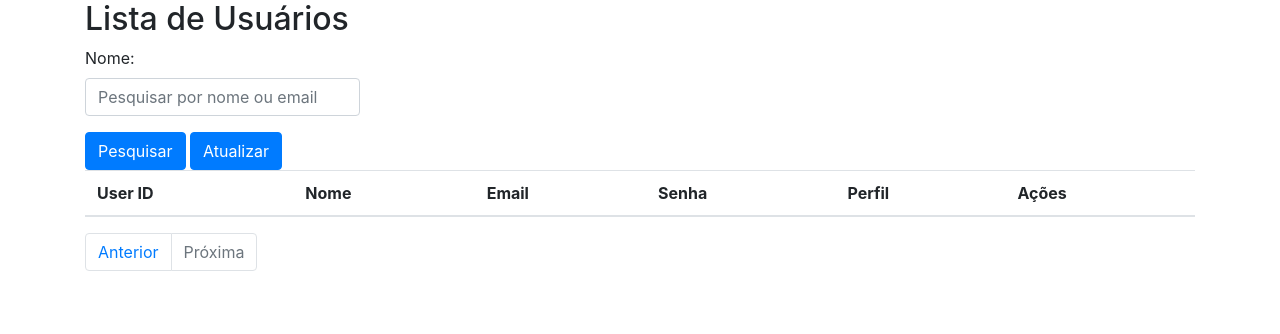
Repository: AndersonSchinemann/ProjetoSaas
Page: TopData/src/main/resources/static/views/listagem.html
The author's editor kept a copy of each file at every save. The page is drawn from the files as they stood at one save, then again after the next save.
The browser window is 1280 px wide. The pictures show the whole page.
The page's requests for data from a server got no answer.

Above is the page before, as saved 2023-11-15 22:37:54.

### TopData/src/main/resources/static/views/listagem.html
<!-- Adicione Bootstrap CSS e AngularJS -->
<!--<link rel="stylesheet" href="https://maxcdn.bootstrapcdn.com/bootstrap/3.3.7/css/bootstrap.min.css">-->

<!-- Adicione ng-bootstrap CSS e JavaScript -->
<link rel="stylesheet" href="https://maxcdn.bootstrapcdn.com/bootstrap/4.5.2/css/bootstrap.min.css">
<script src="https://ajax.googleapis.com/ajax/libs/angularjs/1.8.2/angular.min.js"></script>
<script src="https://code.jquery.com/jquery-3.6.0.min.js"></script>
<!--<script src="https://cdnjs.cloudflare.com/ajax/libs/angular-ui-bootstrap/3.0.6/ui-bootstrap-tpls.min.js"></script>-->
<style>
  /* Adicione um estilo personalizado para ajustar a largura dos inputs */
  .custom-width-input {
    width: 50%; /* Largura desejada */
     /* Para centralizar horizontalmente */
  }
</style>
<!-- Seus scripts Angular -->
<script src="js/controllerFiltro.js"></script>

<div class="container text-left" ng-app="ListarApp" ng-controller="UsuarioController">

  <h2>Lista de Usuários</h2>

  <div class="form-row">
    <div class="form-group col-md-6">
      <label for="nome">Nome:</label>
      <input type="text" class="form-control custom-width-input" ng-model="searchText" placeholder="Pesquisar por nome ou email">
    </div>
  </div>

  <button type="button" class="btn btn-primary" ng-click="pesquisaUsuario()">Pesquisar</button>
  <button type="button" class="btn btn-primary" ng-click="atualizar()">Atualizar</button>

  <table class="table">
    <thead>
      <tr>
        <th>User ID</th>
        <th>Nome</th>
        <th>Email</th>
        <th>Senha</th>
        <th>Perfil</th>
        <th>Ações</th>
      </tr>
    </thead>
    <tbody>
      <tr ng-repeat="usuario in usuarios | slice: (currentPage - 1) * pageSize : currentPage * pageSize">
		<td>{{ usuario.id }}</td>
        <td>{{ usuario.nome }}</td>
        <td>{{ usuario.email }}</td>
        <td>{{ usuario.senha }}</td>
        <td>{{ usuario.profile.perfil }}</td>
        <td>
          <button type="button" class="btn btn-danger" ng-click="deleteUsuario(usuario)">Excluir</button>
          <button type="button" class="btn btn-primary" ng-click="abrirEdicao(usuario)">Editar</button>
        </td>
      </tr>
    </tbody>
  </table>

  <!-- Formulário de Edição -->


  <div class="modal fade" id="edicaoUsuarioModal" tabindex="-1" role="dialog" aria-labelledby="edicaoUsuarioModalLabel" aria-hidden="true">
    <div class="modal-dialog" role="document">
      <div class="modal-content">
        <div class="modal-header">
          <h5 class="modal-title" id="edicaoUsuarioModalLabel">Editar Usuário</h5>
          <button type="button" class="close" data-dismiss="modal" aria-label="Close">
            <span aria-hidden="true">&times;</span>
          </button>
        </div>
        <div class="modal-body">
          <form>
            <div class="form-group">
              <label for="editNome">Nome:</label>
              <input type="text" class="form-control" id="editNome" ng-model="usuarioEditavel.nome">
            </div>
            <div class="form-group">
              <label for="editEmail">Email:</label>
              <input type="text" class="form-control" id="editEmail" ng-model="usuarioEditavel.email">
            </div>
            <div class="form-group">
              <label for="editSenha">Senha:</label>
              <input type="password" class="form-control" id="editSenha" ng-model="usuarioEditavel.senha">
            </div>
            <!-- Adicione outros campos conforme necessário -->

            <button type="button" class="btn btn-primary" ng-click="atualizarUsuario()">Atualizar</button>
          </form>
        </div>
      </div>
    </div>
  </div>

  <ul class="pagination">
    <li class="page-item" ng-class="{ 'disabled': currentPage === 1 }">
      <a class="page-link" href="#" ng-click="prevPage()">Anterior</a>
    </li>

    <li class="page-item" ng-class="{ 'disabled': currentPage === totalPages }">
      <a class="page-link" href="#" ng-click="nextPage()">Próxima</a>
    </li>
  </ul>
</div>

### TopData/src/main/resources/static/js/controllerFiltro.js
var app = angular.module('ListarApp', []);

app.service('usuarioService', function($http) {

	this.abrirEdicao = function(usuario) {
        alert("edição this");
        return angular.copy(usuario);
    };
    this.getAllUsuarios = function() {
        return $http.get('/api/usuarios')
            .then(function(response) {
                return response.data;
            })
            .catch(function(error) {
                console.log('Erro ao obter usuários:', error);
                alert("Erro ao obter usuários:");
                return [];
            });
    };

   this.deleteUsuario = function(usuario) {
    return $http.delete('/api/usuarios/' + usuario.id)
            .then(function() {
                alert("Usuário excluído com sucesso!");
                // Atualiza a lista de usuários após a exclusão
                return $scope.loadUsuarios();
                //return usuarioService.getAllUsuarios();
            })
            .catch(function(error) {
				console.log('Erro ao Deletar usuários:', error);
                //alert("Erro ao excluir usuário. Detalhes do erro: " + JSON.stringify(error));
                // Retorna uma promise rejeitada para que a cadeia de promessas não seja quebrada
                return Promise.reject(error);
            });
    };
    this.pesquisaUsuarios = function(searchText) {
        return $http.get('/api/usuarios/pesquisa', { params: { searchText: searchText } })
            .then(function(response) {
				//$scope.usuarios = response.data;
                return response.data;
            })
            .catch(function(error) {
                console.log('Erro ao pesquisar usuários:', error);
                return [];
            });
    };


});

app.filter('slice', function() {
    return function(arr, start, end) {
        return arr.slice(start, end);
    };
});

app.controller('UsuarioController',function ($scope, usuarioService) {
    $scope.usuarios = [];
    $scope.currentPage = 1;
    $scope.pageSize = 5;
    $scope.totalPages = 0;
    //$scope.searchText ="";

    $scope.loadUsuarios = function() {

        usuarioService.getAllUsuarios()
            .then(function(usuarios) {
                $scope.usuarios = usuarios;
                $scope.totalPages = Math.ceil($scope.usuarios.length / $scope.pageSize);
                $scope.setPage(1); // Defina a página para 1 ao carregar os usuários
            })
            .catch(function(error) {
                console.log('Erro ao carregar usuários:', error);
            });
    };

    $scope.loadUsuarios();

   $scope.abrirEdicao = function(usuario) {
        $scope.usuarioEditavel = usuarioService.abrirEdicao(usuario);
        $('#edicaoUsuarioModal').modal('show');
    };
    $scope.setPage = function (page) {
        $scope.currentPage = page;
    };

    $scope.prevPage = function () {
        if ($scope.currentPage > 1) {
            $scope.currentPage--;
        }
    };

    $scope.nextPage = function () {
        if ($scope.currentPage < $scope.totalPages) {
            $scope.currentPage++;
        }
    };

    $scope.$watch('usuarios', function () {
        $scope.totalPages = Math.ceil($scope.usuarios.length / $scope.pageSize);
        if ($scope.currentPage > $scope.totalPages) {
            $scope.currentPage = $scope.totalPages;
        }
    });

    $scope.pesquisaUsuario = function () {
		alert("Pesquisa feita");
		usuarioService.pesquisaUsuarios($scope.searchText)
        .then(function(usuarios) {
            $scope.usuarios = usuarios; // Atualiza a lista de usuários
        });
    };
    $scope.deleteUsuario = function(usuario) {
        usuarioService.deleteUsuario(usuario);
    };
    $scope.atualizar = function() {
		alert("Atualizado");
       $scope.loadUsuarios();
	};
});

After the next save:
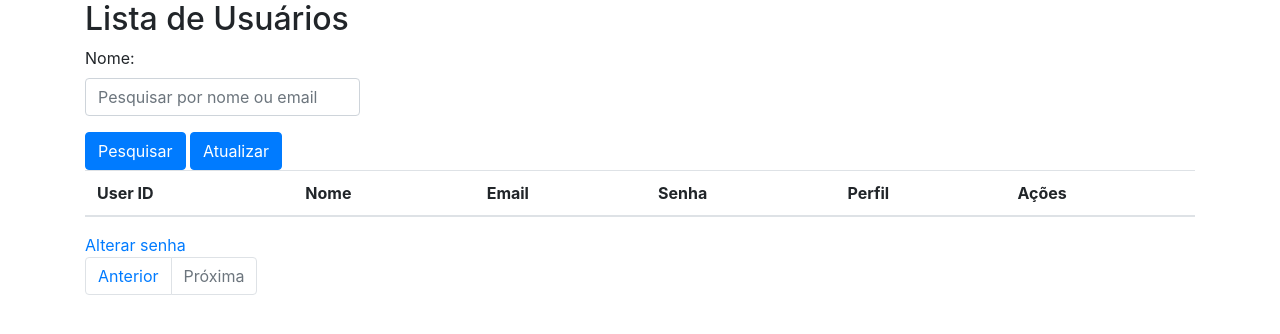
Saved 2 min 10 s later.
--- a/TopData/src/main/resources/static/views/listagem.html
+++ b/TopData/src/main/resources/static/views/listagem.html
@@ -59,37 +59,27 @@
   <!-- Formulário de Edição -->
 
 
-  <div class="modal fade" id="edicaoUsuarioModal" tabindex="-1" role="dialog" aria-labelledby="edicaoUsuarioModalLabel" aria-hidden="true">
-    <div class="modal-dialog" role="document">
-      <div class="modal-content">
-        <div class="modal-header">
-          <h5 class="modal-title" id="edicaoUsuarioModalLabel">Editar Usuário</h5>
-          <button type="button" class="close" data-dismiss="modal" aria-label="Close">
-            <span aria-hidden="true">&times;</span>
-          </button>
-        </div>
-        <div class="modal-body">
-          <form>
-            <div class="form-group">
-              <label for="editNome">Nome:</label>
-              <input type="text" class="form-control" id="editNome" ng-model="usuarioEditavel.nome">
-            </div>
-            <div class="form-group">
-              <label for="editEmail">Email:</label>
-              <input type="text" class="form-control" id="editEmail" ng-model="usuarioEditavel.email">
-            </div>
-            <div class="form-group">
-              <label for="editSenha">Senha:</label>
-              <input type="password" class="form-control" id="editSenha" ng-model="usuarioEditavel.senha">
-            </div>
-            <!-- Adicione outros campos conforme necessário -->
-
-            <button type="button" class="btn btn-primary" ng-click="atualizarUsuario()">Atualizar</button>
-          </form>
-        </div>
+  <a href="#" data-toggle="modal" data-target="#modalSenha">Alterar senha</a>
+<!-- Modal -->
+<div class="modal fade" id="modalSenha" tabindex="-1" role="dialog" aria-labelledby="exampleModalLabel" aria-hidden="true">
+  <div class="modal-dialog" role="document">
+    <div class="modal-content">
+      <div class="modal-header">
+        <h5 class="modal-title" id="exampleModalLabel">Título do modal</h5>
+        <button type="button" class="close" data-dismiss="modal" aria-label="Fechar">
+          <span aria-hidden="true">&times;</span>
+        </button>
+      </div>
+      <div class="modal-body">
+        ...
+      </div>
+      <div class="modal-footer">
+        <button type="button" class="btn btn-secondary" data-dismiss="modal">Fechar</button>
+        <button type="button" class="btn btn-primary">Salvar mudanças</button>
       </div>
     </div>
   </div>
+</div>
 
   <ul class="pagination">
     <li class="page-item" ng-class="{ 'disabled': currentPage === 1 }">

After the save that followed:
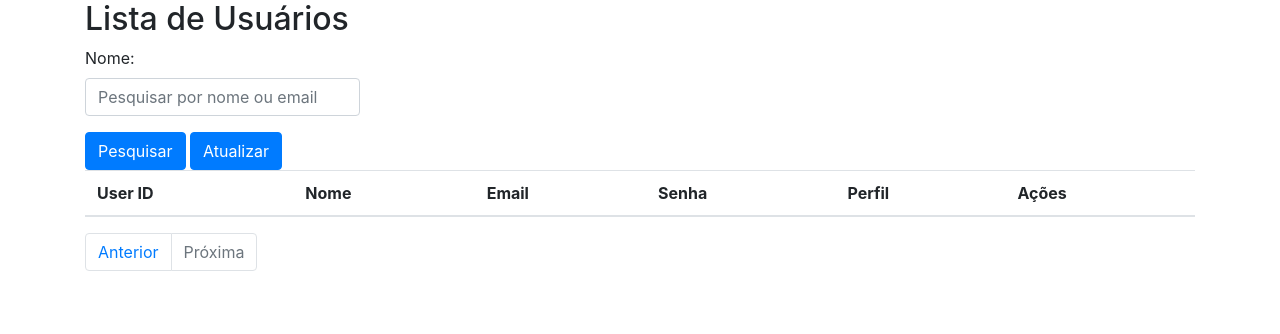
Saved 45 s later.
--- a/TopData/src/main/resources/static/views/listagem.html
+++ b/TopData/src/main/resources/static/views/listagem.html
@@ -59,27 +59,37 @@
   <!-- Formulário de Edição -->
 
 
-  <a href="#" data-toggle="modal" data-target="#modalSenha">Alterar senha</a>
-<!-- Modal -->
-<div class="modal fade" id="modalSenha" tabindex="-1" role="dialog" aria-labelledby="exampleModalLabel" aria-hidden="true">
-  <div class="modal-dialog" role="document">
-    <div class="modal-content">
-      <div class="modal-header">
-        <h5 class="modal-title" id="exampleModalLabel">Título do modal</h5>
-        <button type="button" class="close" data-dismiss="modal" aria-label="Fechar">
-          <span aria-hidden="true">&times;</span>
-        </button>
-      </div>
-      <div class="modal-body">
-        ...
-      </div>
-      <div class="modal-footer">
-        <button type="button" class="btn btn-secondary" data-dismiss="modal">Fechar</button>
-        <button type="button" class="btn btn-primary">Salvar mudanças</button>
+  <div class="modal fade" id="edicaoUsuarioModal" tabindex="-1" role="dialog" aria-labelledby="edicaoUsuarioModalLabel" aria-hidden="true">
+    <div class="modal-dialog" role="document">
+      <div class="modal-content">
+        <div class="modal-header">
+          <h5 class="modal-title" id="edicaoUsuarioModalLabel">Editar Usuário</h5>
+          <button type="button" class="close" data-dismiss="modal" aria-label="Close">
+            <span aria-hidden="true">&times;</span>
+          </button>
+        </div>
+        <div class="modal-body">
+          <form>
+            <div class="form-group">
+              <label for="editNome">Nome:</label>
+              <input type="text" class="form-control" id="editNome" ng-model="usuarioEditavel.nome">
+            </div>
+            <div class="form-group">
+              <label for="editEmail">Email:</label>
+              <input type="text" class="form-control" id="editEmail" ng-model="usuarioEditavel.email">
+            </div>
+            <div class="form-group">
+              <label for="editSenha">Senha:</label>
+              <input type="password" class="form-control" id="editSenha" ng-model="usuarioEditavel.senha">
+            </div>
+            <!-- Adicione outros campos conforme necessário -->
+
+            <button type="button" class="btn btn-primary" ng-click="atualizarUsuario()">Atualizar</button>
+          </form>
+        </div>
       </div>
     </div>
   </div>
-</div>
 
   <ul class="pagination">
     <li class="page-item" ng-class="{ 'disabled': currentPage === 1 }">
